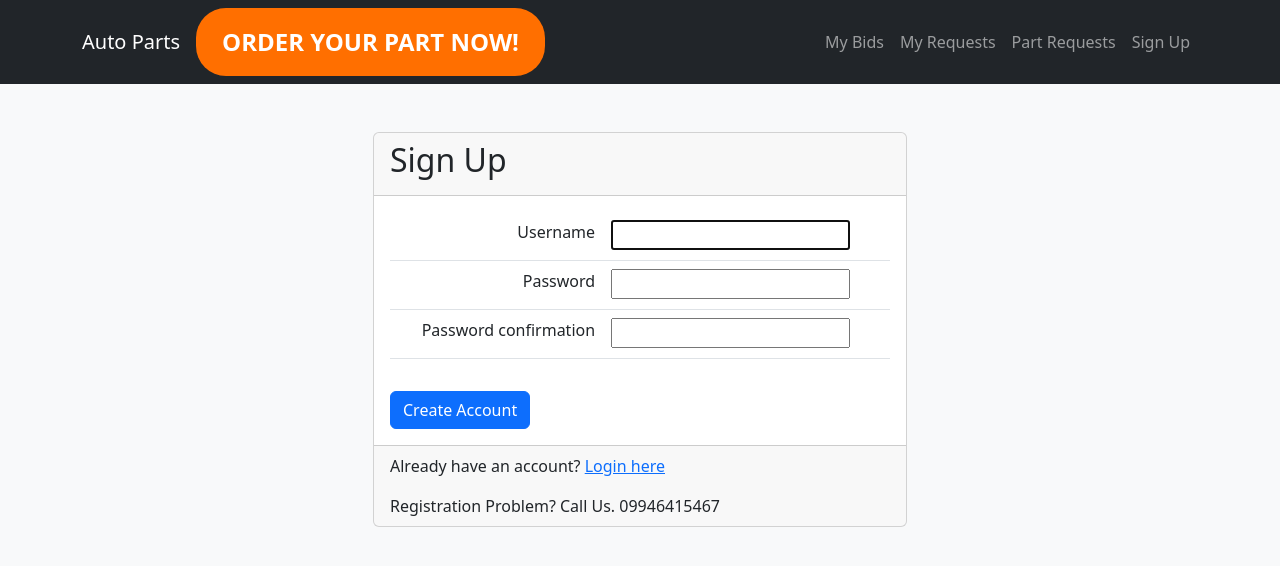
Repository: Jijiluzana225/onlineparts
Page: http://localhost/register/
The author's editor kept a copy of each file at every save. The page is drawn from the files as they stood at one save, then again after the next save.
The browser window is 1280 px wide. The pictures show the whole page.
The page is served by the project's application, run on Django 5.2 (manage.py). Other server files are loaded and not shown.

Above is the page before, as saved 2025-02-20 10:38:46.

### orders/templates/orders/register.html
{% extends 'orders/landing.html' %}

{% block content %}
<div class="container mt-5">
    <div class="row justify-content-center">
        <div class="col-lg-6 col-md-8 col-sm-10">
            <div class="card">
                <div class="card-header">
                    <h2>Sign Up</h2>
                </div>
                <div class="card-body">
                    <form method="post">
                        {% csrf_token %}
                        <table class="table">
                            {% for field in form %}
                            <tr>
                                <td class="text-end">
                                    <label class="form-label">{{ field.label }}</label>
                                </td>
                                <td>
                                    {{ field }}
                                    {% if field.errors %}
                                    <div class="text-danger">
                                        {{ field.errors|striptags }}
                                    </div>
                                    {% endif %}
                                </td>
                            </tr>
                            {% endfor %}
                        </table>
                        <button type="submit" class="btn btn-primary mt-3">Create Account</button>
                    </form>
                </div>
                <div class="card-footer">
                    <p>Already have an account? <a href="{% url 'login' %}">Login here</a></p>
                    Registration Problem? Call Us. 09946415467
                </div>
            </div>
        </div>
    </div>
</div>
{% endblock %}

### orders/templates/orders/landing.html
<!DOCTYPE html>
<html lang="en">
<head>
    <meta charset="UTF-8">
    <meta name="viewport" content="width=device-width, initial-scale=1">
    <title>{% block title %}Landing Page{% endblock %}</title>
    <link href="https://cdn.jsdelivr.net/npm/bootstrap@5.3.0/dist/css/bootstrap.min.css" rel="stylesheet">
    <style>
        body {
            background-color: #f8f9fa;
        }
        .hero {
            height: 80vh;
            display: flex;
            align-items: center;
            justify-content: center;
            text-align: center;
            background: url('https://source.unsplash.com/1600x900/?car,parts') no-repeat center center/cover;
            color: white;
            position: relative;
        }
        .hero-overlay {
            background: black;
            padding: 50px;
            border-radius: 10px;
        }
        .btn-custom {
            background-color: #ff6f00;
            color: white;
            border-radius: 30px;
            padding: 15px 25px;
            font-size: 1.5rem;
            font-weight: bold;
            text-transform: uppercase;
            transition: background 0.3s ease;
        }
        .btn-custom:hover {
            background-color: #e65c00;
        }
    </style>
    {% block extra_css %}{% endblock %}
</head>
<body>

<!-- Navbar -->
<nav class="navbar navbar-expand-lg navbar-dark bg-dark">
    <div class="container">
        <a class="navbar-brand" href="{% url 'home' %}">Auto Parts</a>
        <a href="{% url 'order_part' %}" class="btn btn-custom">Order Your Part Now!</a>

        <button class="navbar-toggler" type="button" data-bs-toggle="collapse" data-bs-target="#navbarNav">
            <span class="navbar-toggler-icon"></span>
        </button>
        <div class="collapse navbar-collapse" id="navbarNav">
            <ul class="navbar-nav ms-auto">
                <li class="nav-item"><a class="nav-link" href="{% url 'store_bids' %}">My Bids</a></li>
                <li class="nav-item"><a class="nav-link" href="{% url 'my_part_requests' %}">My Requests</a></li>
                <li class="nav-item"><a class="nav-link" href="{% url 'part_request_list' %}">Part Requests</a></li>

                {% if user.is_authenticated %}
                    <li class="nav-item dropdown">
                        <a class="nav-link dropdown-toggle" href="#" id="userDropdown" role="button" data-bs-toggle="dropdown">
                            {{ user.username }}
                        </a>
                        <ul class="dropdown-menu">
                            <li><a class="dropdown-item" href="{% url 'profile_update' %}">Profile</a></li>
                            <li>
                                <form method="post" action="{% url 'logout' %}">
                                    {% csrf_token %}
                                    <button type="submit" class="dropdown-item">Logout</button>
                                </form>
                            </li>
                        </ul>
                    </li>
                {% else %}
                    <li class="nav-item"><a class="nav-link btn btn-secondary" href="{% url 'register' %}">Sign Up</a></li>
                {% endif %}
            </ul>
        </div>
    </div>
</nav>

<!-- Hero Section -->
{% comment %} <div class="hero">
    <div class="hero-overlay">
        <h1 class="mb-4">Request Your Auto Parts Here!</h1>
        <a href="{% url 'order_part' %}" class="btn btn-custom">Order Your Part Now!</a>
    </div>
</div> {% endcomment %}

<!-- Main Content -->
<main class="container mt-4">
    {% block content %}
    {% endblock %}
</main>

<!-- Bootstrap JS -->
<script src="https://cdn.jsdelivr.net/npm/bootstrap@5.3.0/dist/js/bootstrap.bundle.min.js"></script>
{% block extra_js %}{% endblock %}
</body>
</html>

### orders/views.py
from django.shortcuts import render, redirect
from .forms import CustomerRegistrationForm
from django.shortcuts import render, redirect
from django.contrib.auth import login, authenticate
from django.contrib.auth.forms import UserCreationForm

def register_view(request):
    if request.method == "POST":
        form = CustomerRegistrationForm(request.POST)
        if form.is_valid():
            user = form.save()  # Create the user
            username = form.cleaned_data.get("username")
            password = form.cleaned_data.get("password1")
            user = authenticate(username=username, password=password)  # Authenticate
            if user is not None:
                login(request, user)  # Auto-login user
                return redirect("landing")  # Redirect to landing page
    else:
        form = UserCreationForm()

    return render(request, "orders/register.html", {"form": form})


def landing_page(request):
    return render(request, 'orders/landing.html')



from django.shortcuts import render, redirect
from django.contrib.auth.decorators import login_required
from .forms import CustomerUpdateForm

@login_required
def profile_update_view(request):
    user = request.user
    if request.method == "POST":
        form = CustomerUpdateForm(request.POST, instance=user)
        if form.is_valid():
            form.save()
            return redirect("home")  # Stay on profile page after saving
    else:
        form = CustomerUpdateForm(instance=user)

    return render(request, "orders/profile_update.html", {"form": form})



from django.shortcuts import render, redirect
from django.contrib.auth.decorators import login_required
from .forms import PartRequestForm

@login_required
def order_part_view(request):
    if request.method == "POST":
        form = PartRequestForm(request.POST, request.FILES)
        if form.is_valid():
            part_request = form.save(commit=False)
            part_request.user = request.user
            part_request.save()
            return redirect("order_success")  # Redirect to a success page
    else:
        form = PartRequestForm()

    return render(request, "orders/order_part.html", {"form": form})


def order_success(request):
    return render(request, "orders/order_success.html")

from django.shortcuts import render
from .models import PartRequest

def part_request_list(request):
    part_requests = PartRequest.objects.all().order_by('-created_at')  # Order by latest date
    return render(request, 'orders/part_request_list.html', {'part_requests': part_requests})

from django.shortcuts import render, get_object_or_404
from .models import PartRequest

def part_request_detail(request, pk):
    part_request = get_object_or_404(PartRequest, pk=pk)
    return render(request, 'orders/part_request_detail.html', {'part_request': part_request})


from django.shortcuts import render, get_object_or_404, redirect
from django.contrib.auth.decorators import login_required
from .models import PartRequest, Bid
from .forms import BidForm

@login_required
def place_bid(request, part_request_id):
    part_request = get_object_or_404(PartRequest, id=part_request_id)

    if request.method == "POST":
        form = BidForm(request.POST, request.FILES)
        if form.is_valid():
            bid = form.save(commit=False)
            bid.part_request = part_request
            bid.store = request.user  # Only logged-in stores can bid
            bid.save()
            return render(request, 'orders/landing.html', {'part_request': part_request})

    else:
        form = BidForm()

    return render(request, "orders/place_bid.html", {"form": form, "part_request": part_request})

from django.shortcuts import render
from django.contrib.auth.decorators import login_required
from django.utils.decorators import method_decorator
from django.views.generic import ListView
from .models import PartRequest

@method_decorator(login_required, name="dispatch")
class MyPartRequestsView(ListView):

    model = PartRequest
    template_name = "orders/my_part_requests.html"
    context_object_name = "part_requests"

    def get_queryset(self):
        return PartRequest.objects.filter(user=self.request.user).prefetch_related("bids").order_by("-created_at")



from django.shortcuts import render, get_object_or_404
from django.views.generic import DetailView
from .models import Bid

class BidDetailView(DetailView):
    model = Bid
    template_name = "orders/bid_detail.html"
    context_object_name = "bid"


from django.contrib import messages
from django.http import HttpResponseRedirect
from django.urls import reverse
from django.views import View
from django.shortcuts import get_object_or_404
from .models import Bid, PartRequest

class AcceptBidView(View):
    def post(self, request, pk):
        bid = get_object_or_404(Bid, pk=pk)
        part_request = bid.part_request

        # Close the PartRequest
        part_request.status = "Closed"
        part_request.save()

        # Set selected bid to "Accepted"
        bid.status = "Accepted"
        bid.save()

        # Reject all other bids for this part request
        Bid.objects.filter(part_request=part_request).exclude(pk=pk).update(status="Rejected")

        messages.success(request, "Bid accepted successfully! The part request is now closed.")
        return HttpResponseRedirect(reverse("my_part_requests"))



from django.shortcuts import render
from django.contrib.auth.decorators import login_required
from .models import Bid

@login_required
def store_bids(request):
    bids = Bid.objects.filter(store=request.user).order_by("-created_at")
    return render(request, "orders/store_bids.html", {"bids": bids})


from django.shortcuts import render, get_object_or_404, redirect
from django.urls import reverse_lazy
from django.views.generic import UpdateView, DeleteView, DetailView
from django.contrib import messages
from .models import Bid
from .forms import BidForm

class BidDetailViewView(DetailView):
    model = Bid
    template_name = "orders/bid_detail_view.html"
    context_object_name = "bid"

class BidUpdateView(UpdateView):
    model = Bid
    form_class = BidForm
    template_name = "orders/bid_form.html"

    def form_valid(self, form):
        messages.success(self.request, "Bid updated successfully!")
        return super().form_valid(form)

    def get_success_url(self):
        return reverse_lazy("bid_detail", kwargs={"pk": self.object.pk})

class BidDeleteView(DeleteView):
    model = Bid
    template_name = "orders/bid_confirm_delete.html"
    success_url = reverse_lazy("store_bids")

    def delete(self, request, *args, **kwargs):
        messages.success(request, "Bid deleted successfully!")
        return super().delete(request, *args, **kwargs)

### Onlinespareparts/urls.py
from django.contrib import admin
from django.urls import path, include
from django.conf import settings
from django.conf.urls.static import static

urlpatterns = [
    path('admin/', admin.site.urls),
    path('', include('orders.urls')),
]

urlpatterns += static(settings.MEDIA_URL, document_root=settings.MEDIA_ROOT)

### orders/urls.py
from django.urls import path
from .views import *
from django.contrib.auth import views as auth_views


urlpatterns = [
    path('register/', register_view, name='register'),
    path('login/', auth_views.LoginView.as_view(template_name='orders/login.html'), name='login'),
    path('logout/', auth_views.LogoutView.as_view(next_page='login'), name='logout'),
    path('', landing_page, name='home'),  # This makes the landing page accessible at "/"
    path('profile/update/', profile_update_view, name='profile_update'),
    path("order/", order_part_view, name="order_part"),
    path("order-success/", order_success, name="order_success"),
    path('part-requests/', part_request_list, name='part_request_list'),
    path('part-requests/<int:pk>/', part_request_detail, name='part_request_detail'),
    path("bid/<int:part_request_id>/", place_bid, name="place_bid"),
    path("my-part-requests/", MyPartRequestsView.as_view(), name="my_part_requests"),
    path("bid_details/<int:pk>/", BidDetailView.as_view(), name="bid_detail"),
    path("accept-bid/<int:pk>/", AcceptBidView.as_view(), name="accept_bid"),
    path("store/bids/", store_bids, name="store_bids"),

    path("bidview/<int:pk>/", BidDetailViewView.as_view(), name="bid_detail_view"),
    path("bidview/<int:pk>/update/", BidUpdateView.as_view(), name="bid_update"),
    path("bidview/<int:pk>/delete/", BidDeleteView.as_view(), name="bid_delete"),


]

After the next save:
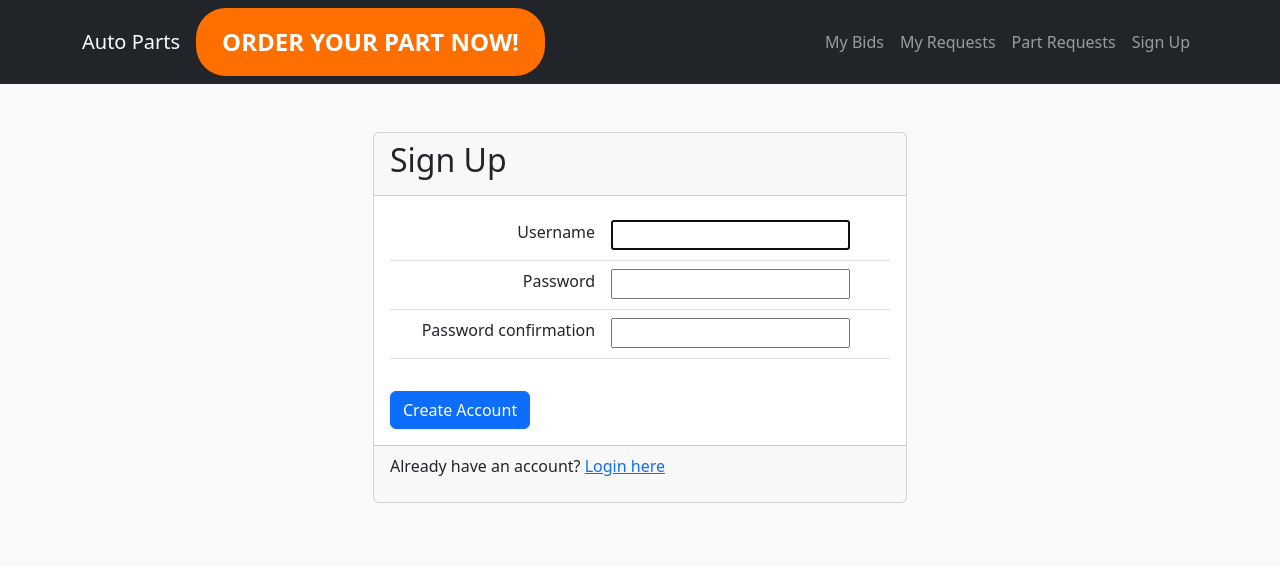
Saved 63 s later.
--- a/orders/templates/orders/register.html
+++ b/orders/templates/orders/register.html
@@ -33,7 +33,6 @@
                 </div>
                 <div class="card-footer">
                     <p>Already have an account? <a href="{% url 'login' %}">Login here</a></p>
-                    Registration Problem? Call Us. 09946415467
                 </div>
             </div>
         </div>
